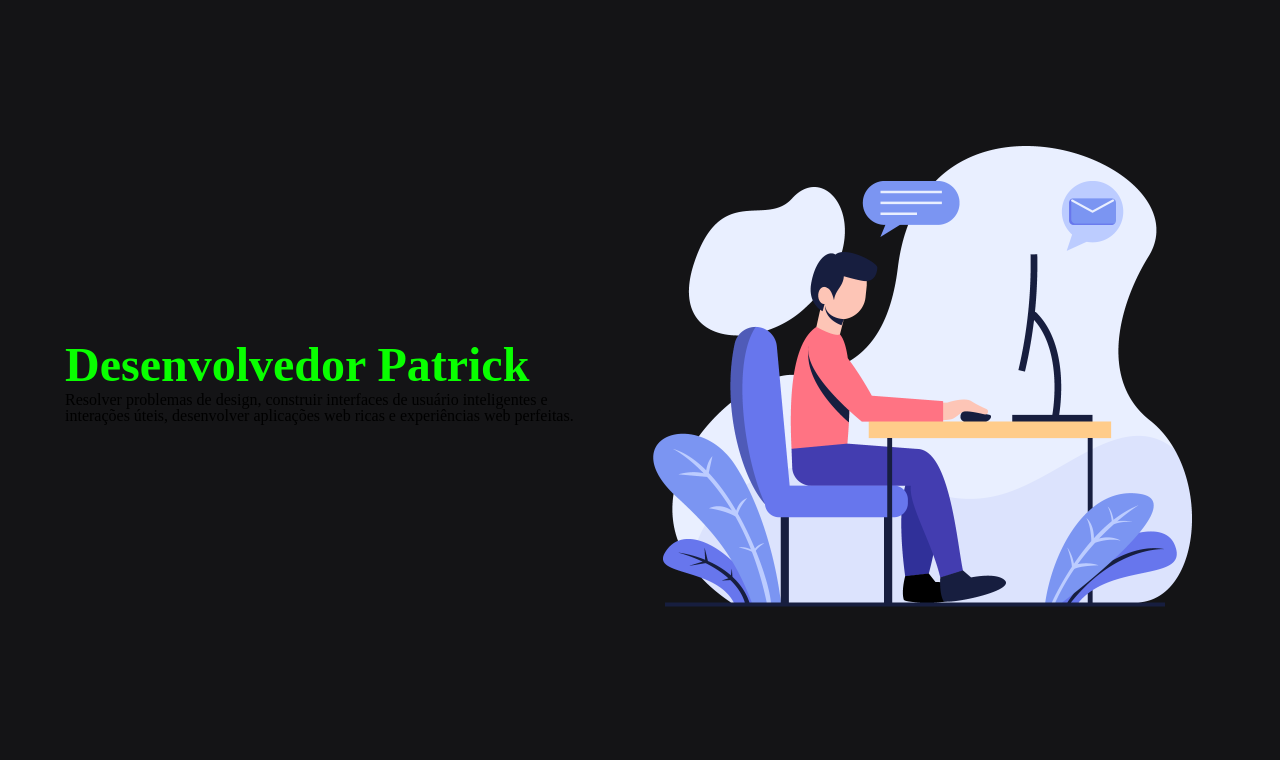
Repository: PatrickAlmeida007/aula1811
Page: index.html
These files come from the project's save history. The page is drawn as it stood at one moment and after the next save; the edit follows.
The browser window is 1280 px wide. The pictures show the whole page.

Above is the page before, as saved 2023-11-18 15:38:04.

### index.html
<!DOCTYPE html>
<html lang="pt-br">
<head>
    <meta charset="UTF-8">
    <meta name="viewport" content="width=device-width, initial-scale=1.0">
    <title>Aula 18-11</title>
    <link rel="stylesheet" href="style.css">
</head>
<body>
    <section class="section">
        <div class="container">
            <div class="sobre">

                <div class="sobre__conteudo">
                    <h1 class="sobre__titulo sobre__titulo--verde">
                        Desenvolvedor Patrick
                    </h1>
                    <p class="sobre__decricacao">
                        Resolver problemas de design, construir interfaces de usuário inteligentes e interações úteis, desenvolver aplicações web ricas e experiências web perfeitas.
                    </div>
                    <div class="sobre__imagem">
                        <img src="./imagens/campiuter gai.png" alt="computer-guy">
                    </div>
                </div>
            </div>
        </div>
    </section>
</body>
</html>

### style.css
/* http://meyerweb.com/eric/tools/css/reset/
   v2.0 | 20110126
   License: none (public domain)
*/

html, body, div, span, applet, object, iframe,
h1, h2, h3, h4, h5, h6, p, blockquote, pre,
a, abbr, acronym, address, big, cite, code,
del, dfn, em, img, ins, kbd, q, s, samp,
small, strike, strong, sub, sup, tt, var,
b, u, i, center,
dl, dt, dd, ol, ul, li,
fieldset, form, label, legend,
table, caption, tbody, tfoot, thead, tr, th, td,
article, aside, canvas, details, embed,
figure, figcaption, footer, header, hgroup,
menu, nav, output, ruby, section, summary,
time, mark, audio, video {
	margin: 0;
	padding: 0;
	border: 0;
	font-size: 100%;
	font: inherit;
	vertical-align: baseline;
}
/* HTML5 display-role reset for older browsers */
article, aside, details, figcaption, figure,
footer, header, hgroup, menu, nav, section {
	display: block;
}
body {
	line-height: 1;
    background: rgb(20, 20, 22 )
}
ol, ul {
	list-style: none;
}
blockquote, q {
	quotes: none;
}
blockquote:before, blockquote:after,
q:before, q:after {
	content: '';
	content: none;
}
table {
	border-collapse: collapse;
	border-spacing: 0;
}

.container {
    width:100%;
    max-width: 1150px;
    margin: 0 auto;
}

.section {
    padding: 80px 0;
}

.sobre{
  display: flex;
  justify-content: space-between;
  align-items: center;
}

.sobre__titulo{
    font-size:48px;
    line-height: normal;
    font-weight: 700;
}

.sobre__titulo--verde{
    color:rgb(9, 255, 0);
}

.sobre__decricao{
    font-size:28px;
    line-height:normal;
    font-weight:700;
    color: #ffffff;
}
.sobre__imagem{
    width:100%;
    height: 100%;
    max-width:600px;
    max-height:600px;
}

.sobre__imagem img {
    object-fit: contain;
    width: 100%;
    height: 100%;
}

After the next save:
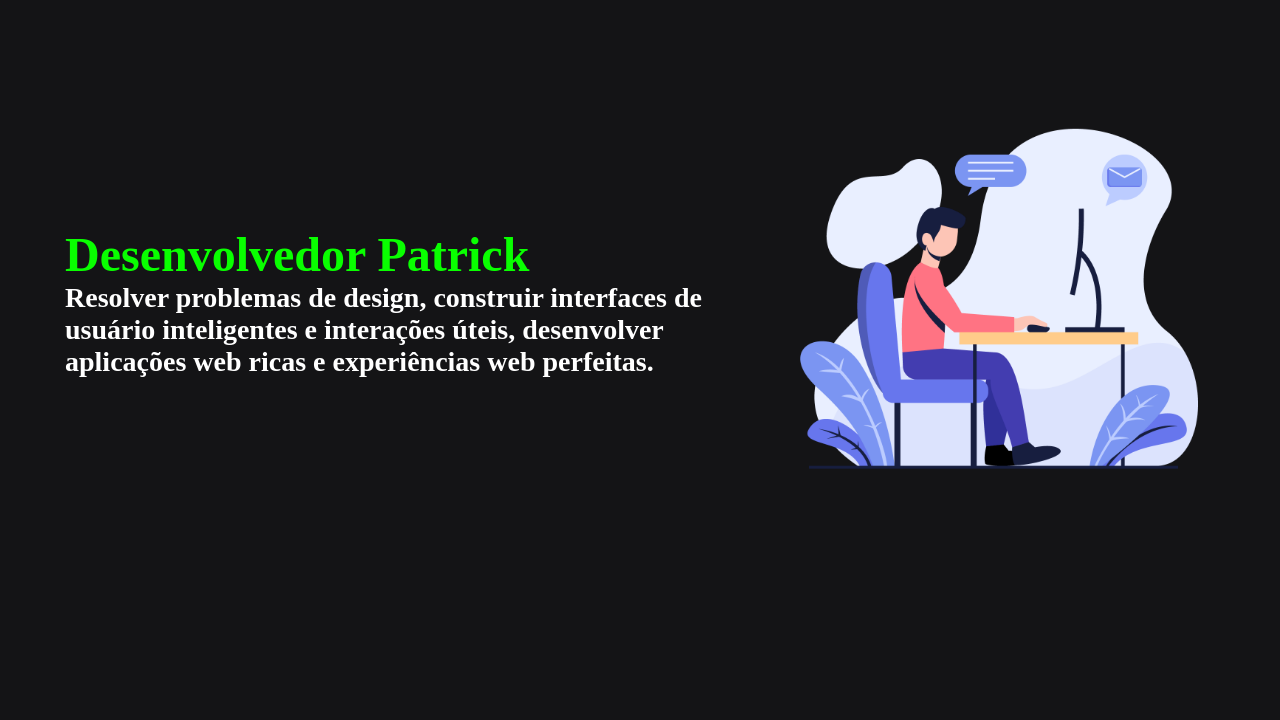
Saved 39 s later.
--- a/index.html
+++ b/index.html
@@ -15,7 +15,7 @@
                     <h1 class="sobre__titulo sobre__titulo--verde">
                         Desenvolvedor Patrick
                     </h1>
-                    <p class="sobre__decricacao">
+                    <p class="sobre__decricao">
                         Resolver problemas de design, construir interfaces de usuário inteligentes e interações úteis, desenvolver aplicações web ricas e experiências web perfeitas.
                     </div>
                     <div class="sobre__imagem">
